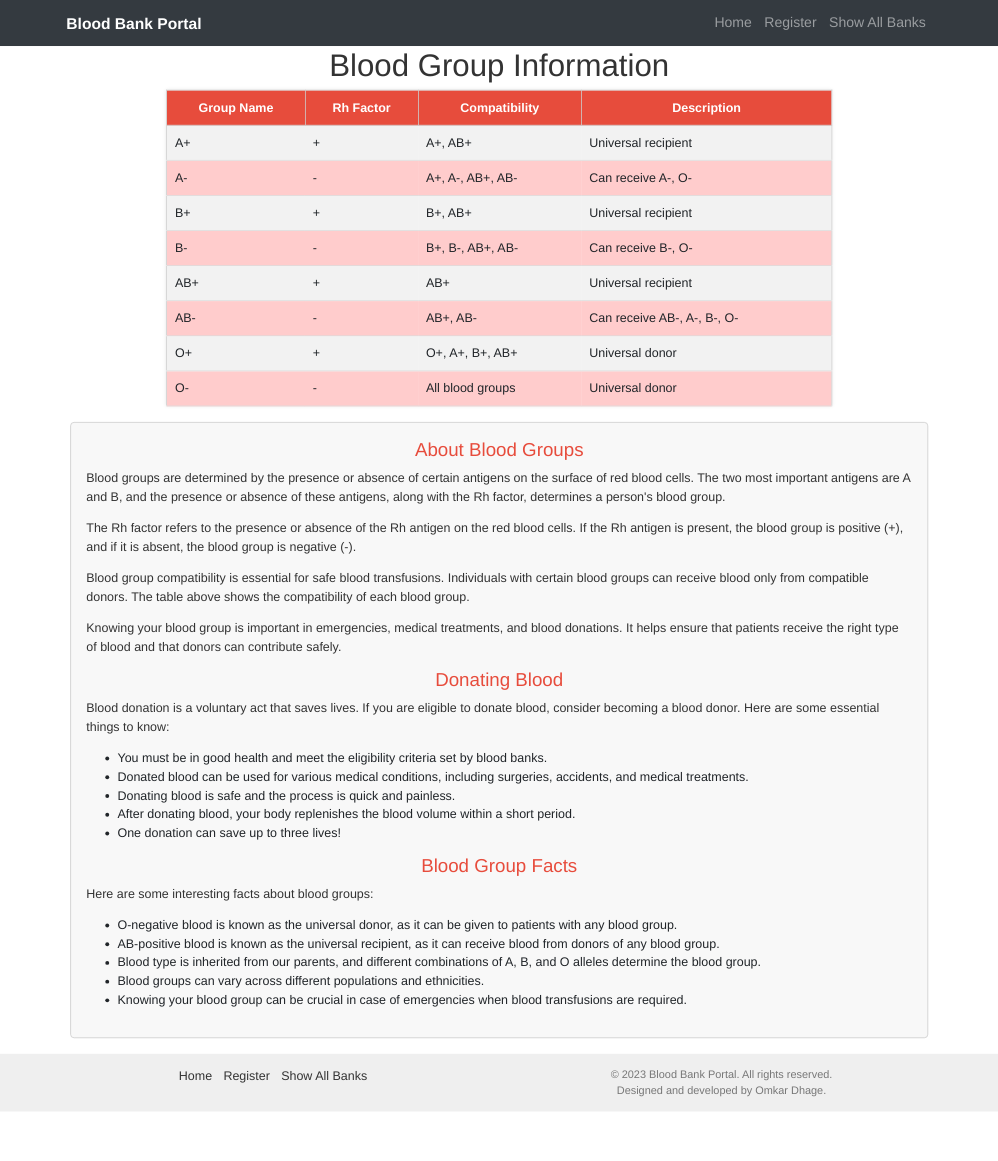
Repository: omi4535/Decentralized_Blood_Bank_System
Page: http://localhost/blood_bank_system/blood_groups_info.jsp
These files come from the project's save history. The page is drawn as it stood at one moment and after the next save; the edit follows.
The browser window is 1280 px wide. The pictures show the whole page, at 78% of full size.
Some web libraries are served in a nearby version. The page is served by Tomcat 9. Other server files are loaded and not shown.

Above is the page before, as saved 2023-07-04 19:59:50.

### blood bank system/src/main/webapp/blood_groups_info.jsp
<%@ page language="java" contentType="text/html; charset=UTF-8"
	pageEncoding="UTF-8"%>
<!DOCTYPE html>
<html>
<head>
<title>Blood Group Information</title>
<style>
body {
	font-family: Arial, sans-serif;
	margin: 20px;
	background-color: #f2f2f2;
}

h1 {
margin:10px auto;
	text-align: center;
	color: #333;
}

table {
	text-align: center;
	width: 66.67%;
	margin: auto;
	border-collapse: collapse;
	margin-top: 20px;
	background-color: #fff;
	box-shadow: 0 0 5px rgba(0, 0, 0, 0.1);
}

th, td {
	padding: 10px;
	text-align: left;
	border-bottom: 1px solid #ddd;
}

th {
	background-color: #f5f5f5;
	font-weight: bold;
	color: #333;
}

.info-section {
	margin-top: 30px;
	padding: 20px;
	background-color: #fff;
	box-shadow: 0 0 5px rgba(0, 0, 0, 0.1);
}

.info-section h2 {
	color: #333;
	margin-bottom: 10px;
}

.info-section p {
	color: #666;
	line-height: 1.5;
}

table {
	width: 66.67%;
	margin: 0 auto;
	border-collapse: collapse;
}

th {
	background-color: #E74C3C; /* Red color for table header */
	color: #FFFFFF; /* White text color for table header */
	text-align: center;
	padding: 10px;
	border: 1px solid #CCCCCC;
}

tr {
	background-color: #ffcccc;
	text-align: center;
	padding: 10px;
	border: 1px solid #CCCCCC;
	/* Light gray border color for table cells */
}

tr:nth-child(even) {
	background-color: #F2F2F2;
	/* Light gray background color for even rows */
}

tr:hover {
	background-color: #ff4d4d;
	/* Yellow background color for hover effect on rows */
}

.info-container {
	width: 86%;
	margin: 20px auto;

	background-color: #F8F8F8;
	padding: 20px;
	margin-top:10dp;
	border: 1px solid #CCCCCC;
	border-radius: 5px;
}

.info-container h2 {
text-align: center;
	color: #E74C3C;
	font-size: 24px;
	margin-bottom: 10px;
}

.info-container p {
	color: #333333;
	font-size: 16px;
	line-height: 1.5;
}
</style>
</head>
<body>
	<%@ include file="NavBar.jsp"%>
	<h1>Blood Group Information</h1>

	<table>
		<tr>
			<th>Group Name</th>
			<th>Rh Factor</th>
			<th>Compatibility</th>
			<th>Description</th>
		</tr>
		<tr>
			<td>A+</td>
			<td>+</td>
			<td>A+, AB+</td>
			<td>Universal recipient</td>
		</tr>
		<tr>
			<td>A-</td>
			<td>-</td>
			<td>A+, A-, AB+, AB-</td>
			<td>Can receive A-, O-</td>
		</tr>
		<tr>
			<td>B+</td>
			<td>+</td>
			<td>B+, AB+</td>
			<td>Universal recipient</td>
		</tr>
		<tr>
			<td>B-</td>
			<td>-</td>
			<td>B+, B-, AB+, AB-</td>
			<td>Can receive B-, O-</td>
		</tr>
		<tr>
			<td>AB+</td>
			<td>+</td>
			<td>AB+</td>
			<td>Universal recipient</td>
		</tr>
		<tr>
			<td>AB-</td>
			<td>-</td>
			<td>AB+, AB-</td>
			<td>Can receive AB-, A-, B-, O-</td>
		</tr>
		<tr>
			<td>O+</td>
			<td>+</td>
			<td>O+, A+, B+, AB+</td>
			<td>Universal donor</td>
		</tr>
		<tr>
			<td>O-</td>
			<td>-</td>
			<td>All blood groups</td>
			<td>Universal donor</td>
		</tr>
	</table>

	<div class="info-container">
		<h2>About Blood Groups</h2>
		<p>Blood groups are determined by the presence or absence of
			certain antigens on the surface of red blood cells. The two most
			important antigens are A and B, and the presence or absence of these
			antigens, along with the Rh factor, determines a person's blood
			group.</p>
		<p>The Rh factor refers to the presence or absence of the Rh
			antigen on the red blood cells. If the Rh antigen is present, the
			blood group is positive (+), and if it is absent, the blood group is
			negative (-).</p>
		<p>Blood group compatibility is essential for safe blood
			transfusions. Individuals with certain blood groups can receive blood
			only from compatible donors. The table above shows the compatibility
			of each blood group.</p>
		<p>Knowing your blood group is important in emergencies, medical
			treatments, and blood donations. It helps ensure that patients
			receive the right type of blood and that donors can contribute
			safely.</p>

		<h2>Donating Blood</h2>
		<p>Blood donation is a voluntary act that saves lives. If you are
			eligible to donate blood, consider becoming a blood donor. Here are
			some essential things to know:</p>
		<ul>
			<li>You must be in good health and meet the eligibility criteria
				set by blood banks.</li>
			<li>Donated blood can be used for various medical conditions,
				including surgeries, accidents, and medical treatments.</li>
			<li>Donating blood is safe and the process is quick and
				painless.</li>
			<li>After donating blood, your body replenishes the blood volume
				within a short period.</li>
			<li>One donation can save up to three lives!</li>
		</ul>
		<h2>Blood Group Facts</h2>
		<p>Here are some interesting facts about blood groups:</p>
		<ul>
			<li>O-negative blood is known as the universal donor, as it can
				be given to patients with any blood group.</li>
			<li>AB-positive blood is known as the universal recipient, as it
				can receive blood from donors of any blood group.</li>
			<li>Blood type is inherited from our parents, and different
				combinations of A, B, and O alleles determine the blood group.</li>
			<li>Blood groups can vary across different populations and
				ethnicities.</li>
			<li>Knowing your blood group can be crucial in case of
				emergencies when blood transfusions are required.</li>
		</ul>
	</div>
	<%@ include file="footer.jsp"%>
</body>
</html>

### blood bank system/src/main/webapp/NavBar.jsp
<%@ page language="java" contentType="text/html; charset=UTF-8"
    pageEncoding="UTF-8"%>
<!DOCTYPE html>
<html>
<head>
    <meta charset="UTF-8">
    <meta name="viewport" content="width=device-width, initial-scale=1.0">
    <title>Blood Bank Portal</title>
    <link rel="stylesheet" href="https://maxcdn.bootstrapcdn.com/bootstrap/4.5.2/css/bootstrap.min.css">
    <style>
        .navbar-brand {
            font-weight: bold;
        }

        .navbar-nav .nav-link {
            font-size: 18px;
        }
    </style>
</head>
<body>
    <nav class="navbar navbar-expand-lg navbar-dark bg-dark">
        <div class="container">
            <a class="navbar-brand" href="index.jsp">Blood Bank Portal</a>
            <button class="navbar-toggler" type="button" data-toggle="collapse" data-target="#navbarNav" aria-controls="navbarNav" aria-expanded="false" aria-label="Toggle navigation">
                <span class="navbar-toggler-icon"></span>
            </button>
            <div class="collapse navbar-collapse" id="navbarNav">
                <ul class="navbar-nav ml-auto">
                    <li class="nav-item">
                        <a class="nav-link" href="index.jsp">Home</a>
                    </li>
                    <li class="nav-item">
                        <a class="nav-link" href="registration.jsp">Register</a>
                    </li>
                    <li class="nav-item">
                        <a class="nav-link" href="/all_banks">Show All Banks</a>
                    </li>
                </ul>

            </div>
        </div>
    </nav>

</body>
</html>

### blood bank system/src/main/webapp/footer.jsp
<%@ page language="java" contentType="text/html; charset=UTF-8"
	pageEncoding="UTF-8"%>
<!DOCTYPE html>
<html lang="en">
<head>
<meta charset="UTF-8">
<meta name="viewport" content="width=device-width, initial-scale=1.0">
<title>Blood Bank Portal</title>
<link rel="stylesheet"
	href="https://maxcdn.bootstrapcdn.com/bootstrap/4.5.2/css/bootstrap.min.css">
<style>

*,
*:before,
*:after {
  -webkit-box-sizing: border-box;
  -moz-box-sizing:    border-box;
  box-sizing:         border-box;
}

html {
  height: 100%;
}

body {
  position: relative;
  margin: 0;
  padding-bottom: 4rem;
  min-height: 100%;
  font-family: "Helvetica Neue", Arial, sans-serif;
}

.footer {
	background-color: #f8f9fa;
	padding: 20px;
	position: relative;
	right: 0;
	bottom: 0;
	left: 0;
	padding: 1rem;
	background-color: #efefef;
	text-align: center;
}

.footer-links a {
	color: #333;
	margin-right: 10px;
}

.footer-info {
	color: #777;
	font-size: 14px;
}
</style>
</head>
<body>


	<footer class="footer">
		<div class="container">
			<div class="row">
				<div class="col-md-6">
					<div class="footer-links">
						<a href="index.jsp">Home</a>
						<a href="registration.jsp">Register</a>
						<a href="All_banks.jsp">Show All Banks</a>
					</div>
				</div>
				<div class="col-md-6">
					<div class="footer-info">
						&copy; 2023 Blood Bank Portal. All rights reserved. <br>
						Designed and developed by Omkar Dhage.
					</div>
				</div>
			</div>
		</div>
	</footer>

	<script src="https://code.jquery.com/jquery-3.5.1.slim.min.js"></script>
	<script
		src="https://cdn.jsdelivr.net/npm/@popperjs/core@1.16.0/dist/umd/popper.min.js"></script>
	<script
		src="https://maxcdn.bootstrapcdn.com/bootstrap/4.5.2/js/bootstrap.min.js"></script>
</body>
</html>

After the next save:
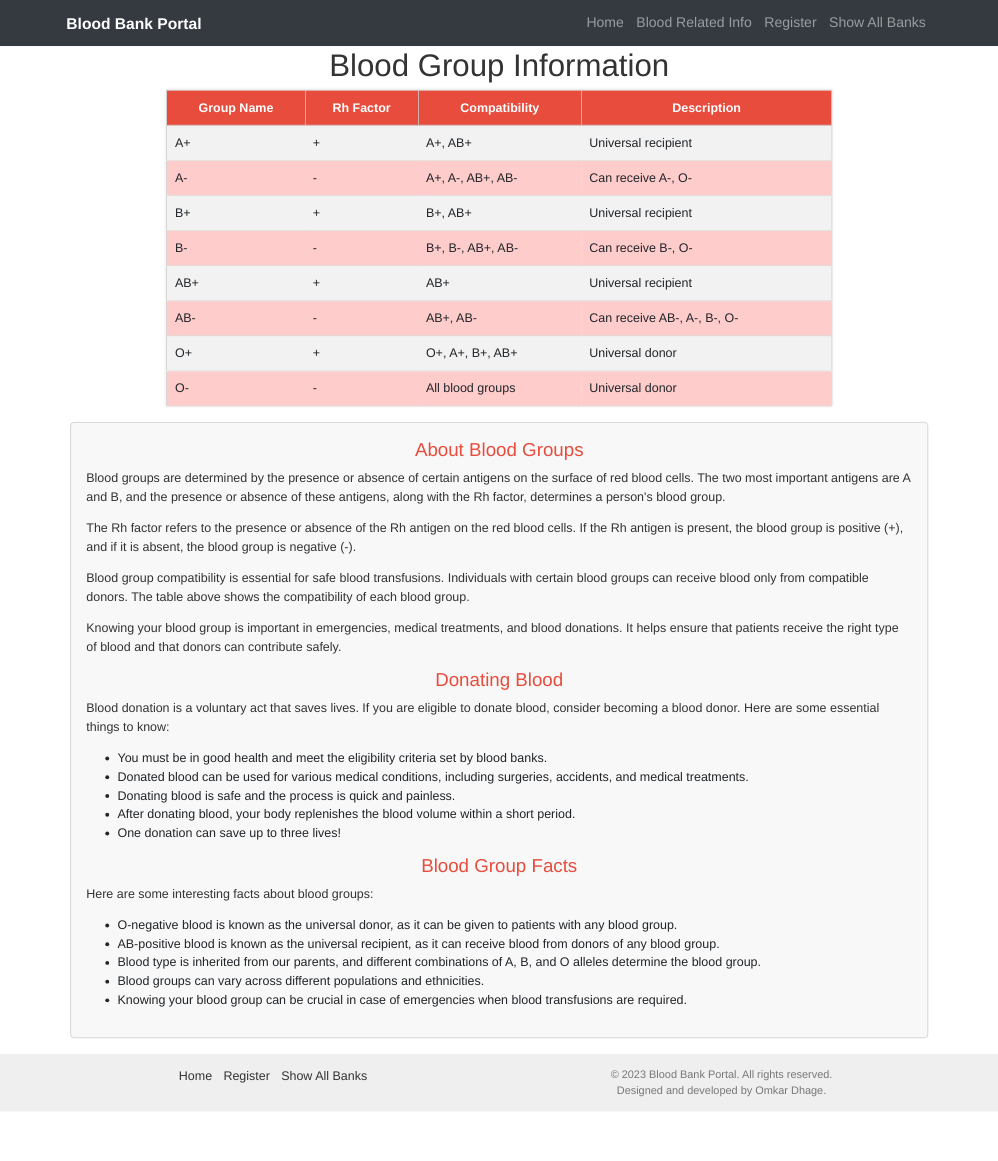
Saved 2 min 25 s later.
--- a/blood bank system/src/main/webapp/NavBar.jsp
+++ b/blood bank system/src/main/webapp/NavBar.jsp
@@ -29,6 +29,9 @@
                     <li class="nav-item">
                         <a class="nav-link" href="index.jsp">Home</a>
                     </li>
+                      <li class="nav-item">
+                        <a class="nav-link" href="/all_banks">Blood Related Info</a>
+                    </li>
                     <li class="nav-item">
                         <a class="nav-link" href="registration.jsp">Register</a>
                     </li>
